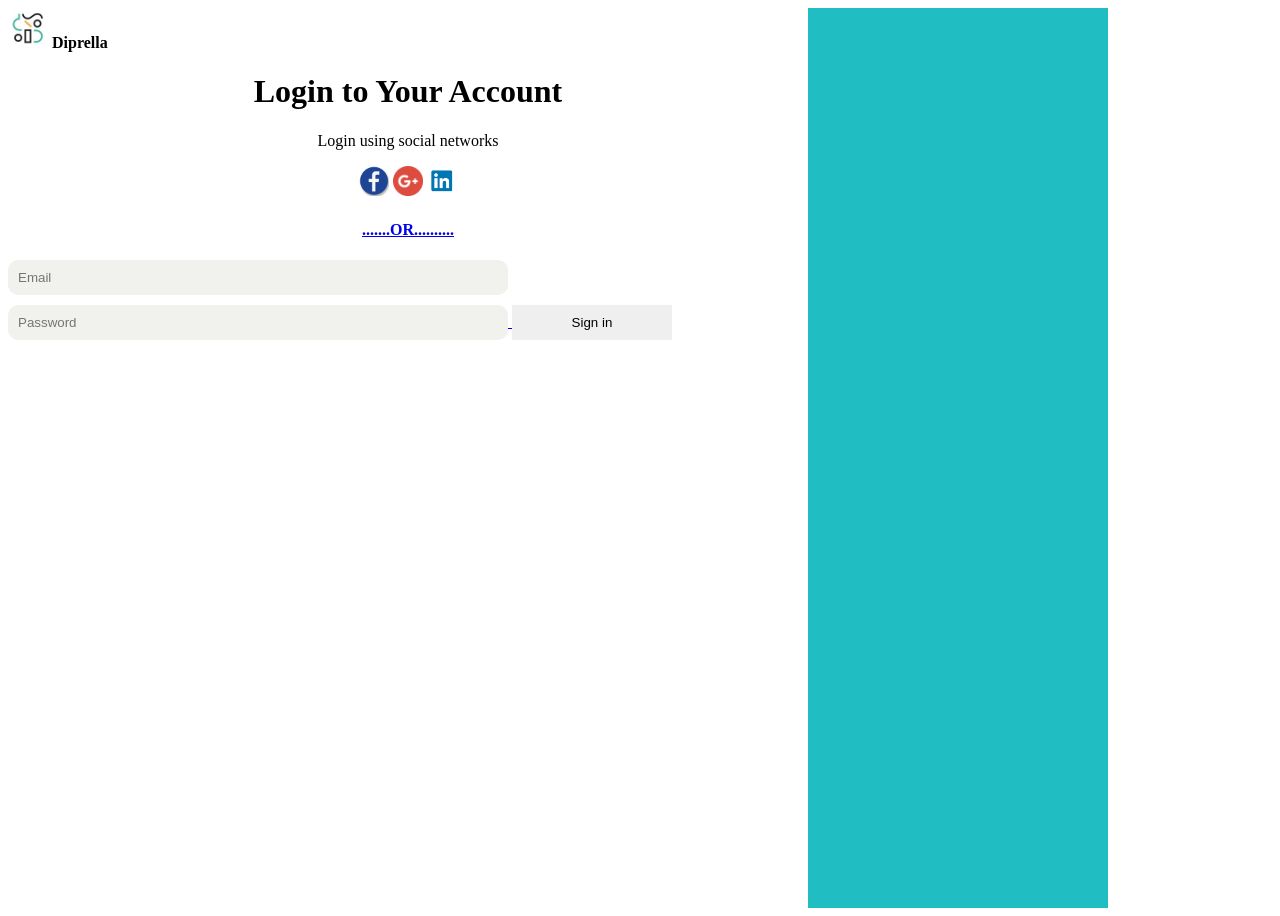
Repository: Tobby004/bdc-assignment-3
Page: task.html
These files come from the project's save history. The page is drawn as it stood at one moment and after the next save; the edit follows.
The browser window is 1280 px wide. The pictures show the whole page.

Above is the page before, as saved 2023-02-22 00:13:21.

### task.html
<!DOCTYPE html>
<html lang="en">
<head>
    <meta charset="UTF-8">
    <meta http-equiv="X-UA-Compatible" content="IE=edge">
    <meta name="viewport" content="width=device-width, initial-scale=1.0">
    <title>Document</title>
    <link rel="stylesheet" href="task.css">
</head>
<body>
    <div class="container">
        <div class="box1">
        <header id="logo"><img src="diprella.JPG"height="40px">
        <b>Diprella</b></header>
        <h1>Login to Your Account</h1>
        <p>Login using social networks</p>
        <div class="logo">
        <a href="#"><img src="facebook.png"</a>
        <a href="#"><img src="googe plus.png"</a>
        <a href="#"><img src="linkedin.png"</a>
        </div>
        <h4>.......OR..........</h4>
        <div class="form">
         <input type="text" placeholder="Email">
        <input type="Password" placeholder="Password">
        <button>Sign in</button>
        </div>
        </div>
        <div class="box2"></div>
    </div>
</body>
</html>

### task.css
* {
    box-sizing: border-box;
}
.container{
    display: flex;
}
.box1 {
    background-color: white;
    height: 900px;
    width: 800px;
}
.box2{
    background-color: #20bdc2;
    height: 900px;
    width: 300px;
}
h1 {
    text-align: center;
}
p {
    text-align: center;
}
.logo img {
    height: 30px;
    text-align: center;
}
.logo a {
    text-decoration: none;
}
div .logo {
    text-decoration: none;
    text-align: center;
}
h4 {
    text-align: center;
}
.box1 input {
max-width: 500px;
width: 100%;
margin-left: auto;
margin-right: auto;

}
input  {
    background-color: rgb(241, 241, 238);
   border: none;
   margin-block-end: 10px;
   border-radius: 10px;
   border-bottom: 10px;
   padding: 10px;
   width: 100%;
   margin-left: auto;
   margin-right: auto;
}
 button {
    width: 20%;
    margin-left: auto;
    text-align: center;
    margin-right: auto;
    border: none;
    padding: 10px;
}

After the next save:
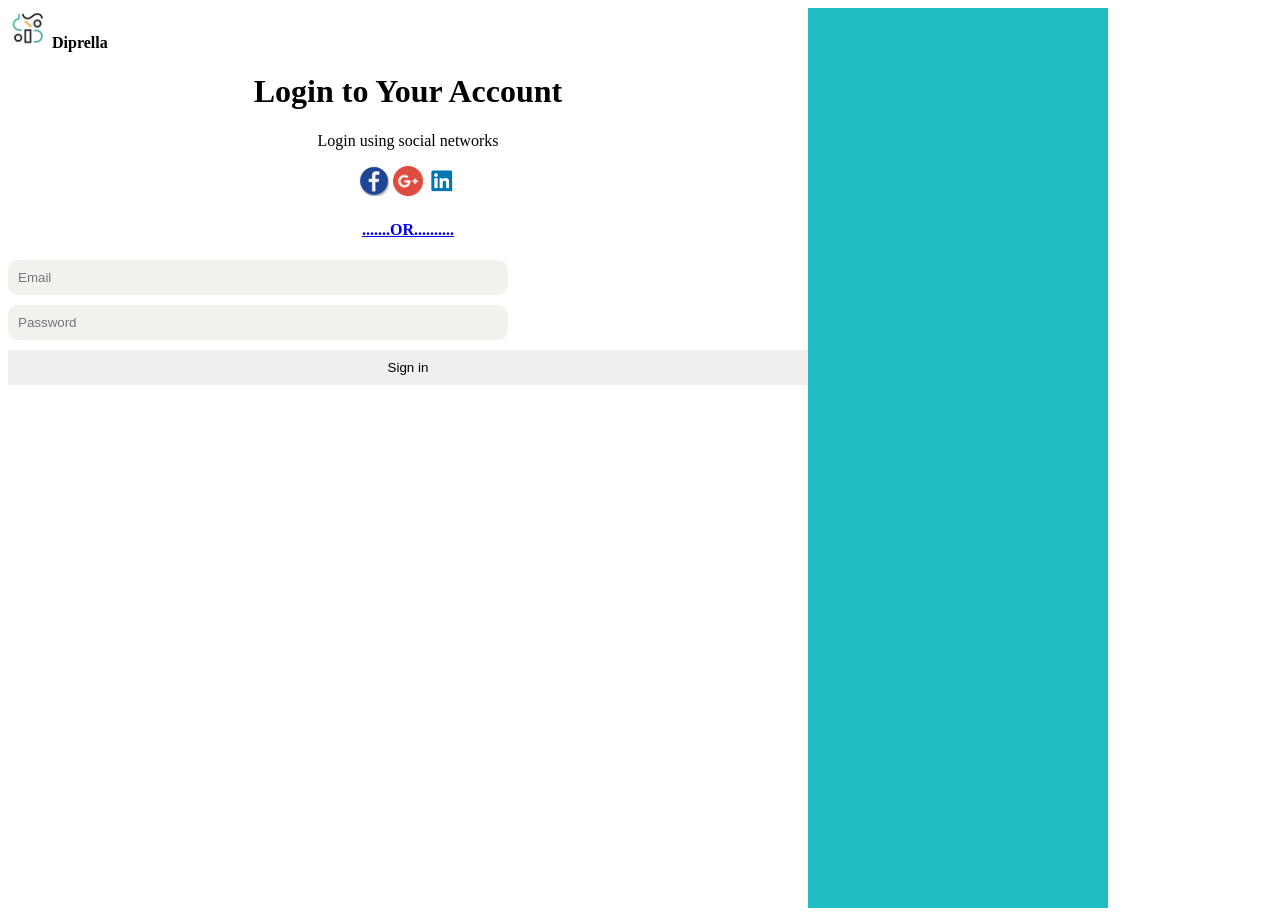
Saved 40 s later.
--- a/task.css
+++ b/task.css
@@ -53,9 +53,8 @@ input  {
    margin-right: auto;
 }
  button {
-    width: 20%;
+    width: 100%;
     margin-left: auto;
-    text-align: center;
     margin-right: auto;
     border: none;
     padding: 10px;
